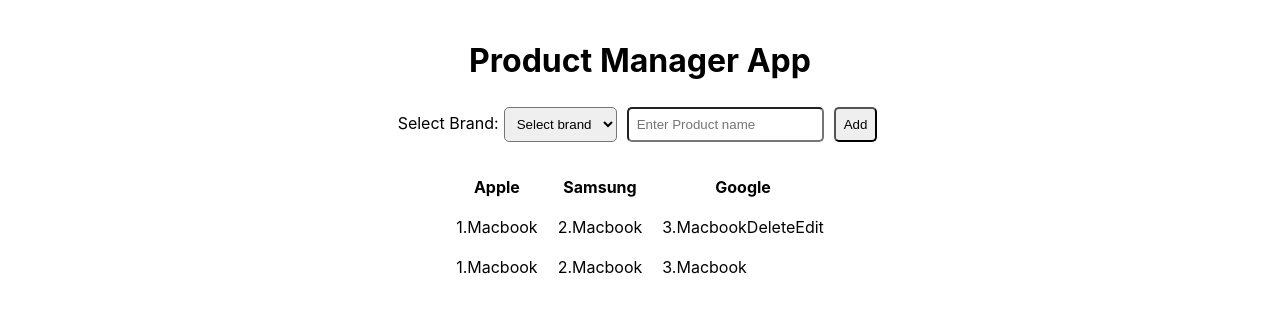
Repository: sunilkc-7/product-manager-app
Page: /
These files come from the project's save history. The page is drawn as it stood at one moment and after the next save; the edit follows.
The browser window is 1280 px wide. The pictures show the whole page.
The project was rebuilt for these pictures with package versions that can differ from the ones it lists, and the page was loaded fresh each time.

Above is the page before, as saved 2023-07-31 19:38:43.

### src/App.js
import "./App.css";
import productsData from "./data/data.json";
import { useState } from "react";

function App() {
  const [brandList, setBrandList] = useState(productsData.brands);
  const [productList, setProductList] = useState(productsData.products);

  return (
    <div className="App">
      <h1>Product Manager App</h1>
      <div className="form-container">
        <label>Select Brand:</label>
        <select>
          <option value="">Select brand</option>
          {brandList.map((brand) => (
            <option key={brand} value={brand}>
              {brand}
            </option>
          ))}
        </select>

        <input type="text" placeholder="Enter Product name" />

        <button>Add</button>
      </div>
      <table>
        <thead>
          <tr>
            <th>Apple</th>
            <th>Samsung</th>
            <th>Google</th>
          </tr>
        </thead>
        <tbody>
          <tr>
            <td>1.Macbook</td>
            <td>2.Macbook</td>
            <td>
              3.Macbook
              <span>Delete</span>
              <span>Edit</span>
            </td>
          </tr>
          <tr>
            <td>1.Macbook</td>
            <td>2.Macbook</td>
            <td>3.Macbook</td>
          </tr>
        </tbody>
      </table>
      {}
    </div>
  );
}

export default App;

### src/App.css
.body {
  display: flex;
  justify-content: center;
  height: 100vh;
  margin: 0;
}

.App {
  display: flex;
  flex-direction: column;
  justify-content: center;
  align-items: center;
  padding: 20px;
}

select,
input,
button {
  padding: 8px;
  border-radius: 5px;
  margin: 5px;
}

button {
  cursor: pointer;
}

table,
th,
td {
  /* border: 1px solid black; */
  border-collapse: collapse;

  padding: 10px;
}
table,
th {
  margin-top: 20px;
}

### src/data/data.json
{
  "brands": ["Brand A", "Brand B", "Brand C"],
  "products": [
    {
      "brand": "Apple",
      "name": "Product1"
    },
    {
      "brand": "Samsung",
      "name": "Product2"
    },
    {
      "brand": "Google",
      "name": "Product3"
    }
  ]
}

Loaded but not shown: public/index.html (common file); src/index.js (common file); src/index.css (common file); src/reportWebVitals.js (common file)

After the next save:
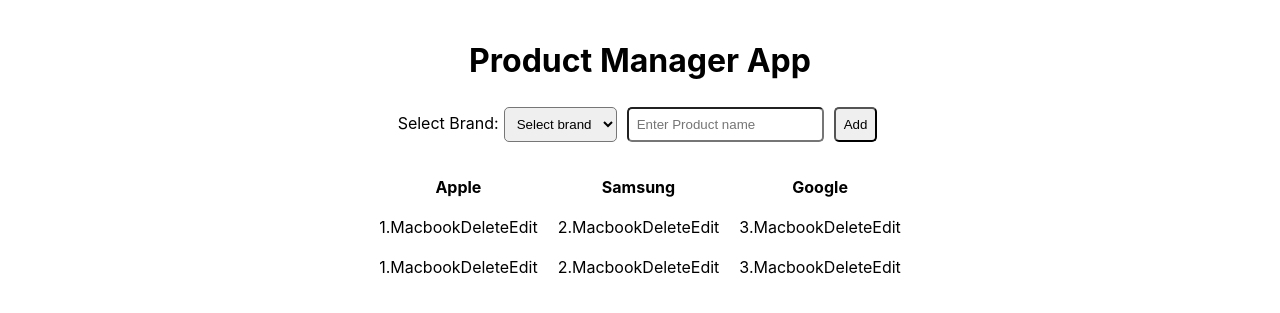
Saved 33 s later.
--- a/src/App.js
+++ b/src/App.js
@@ -34,8 +34,16 @@
         </thead>
         <tbody>
           <tr>
-            <td>1.Macbook</td>
-            <td>2.Macbook</td>
+            <td>
+              1.Macbook
+              <span>Delete</span>
+              <span>Edit</span>
+            </td>
+            <td>
+              2.Macbook
+              <span>Delete</span>
+              <span>Edit</span>
+            </td>
             <td>
               3.Macbook
               <span>Delete</span>
@@ -43,9 +51,21 @@
             </td>
           </tr>
           <tr>
-            <td>1.Macbook</td>
-            <td>2.Macbook</td>
-            <td>3.Macbook</td>
+            <td>
+              1.Macbook
+              <span>Delete</span>
+              <span>Edit</span>
+            </td>
+            <td>
+              2.Macbook
+              <span>Delete</span>
+              <span>Edit</span>
+            </td>
+            <td>
+              3.Macbook
+              <span>Delete</span>
+              <span>Edit</span>
+            </td>
           </tr>
         </tbody>
       </table>
